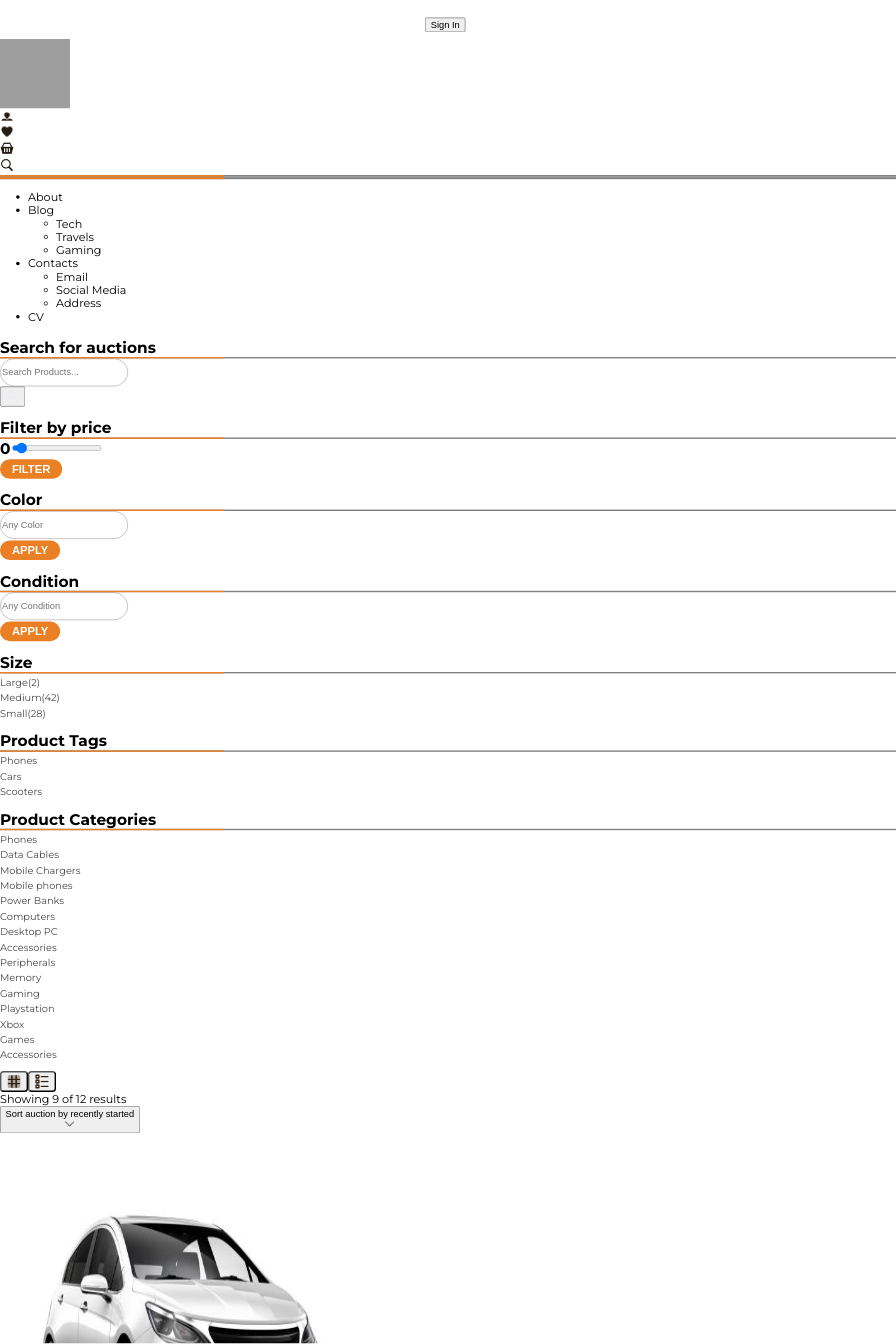
Repository: Arzun000/auction
Page: /shop
The author's editor kept a copy of each file at every save. The page is drawn from the files as they stood at one save, then again after the next save.
The browser window is 1280 px wide. The pictures show the part of the page from y = 1000 to 2920 px (the page is 6404 px tall before and 6186 px after), at 70% of full size.
Pictures or frames that could not be fetched are drawn as grey boxes. The project was rebuilt for these pictures with package versions that can differ from the ones it lists, and the page was loaded fresh each time. The framework's server and built-in components were replaced by stand-ins that run in the browser. Also part of the build but not shown: next.config.js, webpack.config.js, components/Testpage.js, pages/shop/Shop.module.css, components/icons/Iconsverticalbid.js, components/icons/Iconsverticalbuy.js.

Above is the page before, as saved 2022-04-03 18:14:01.

After the next save:
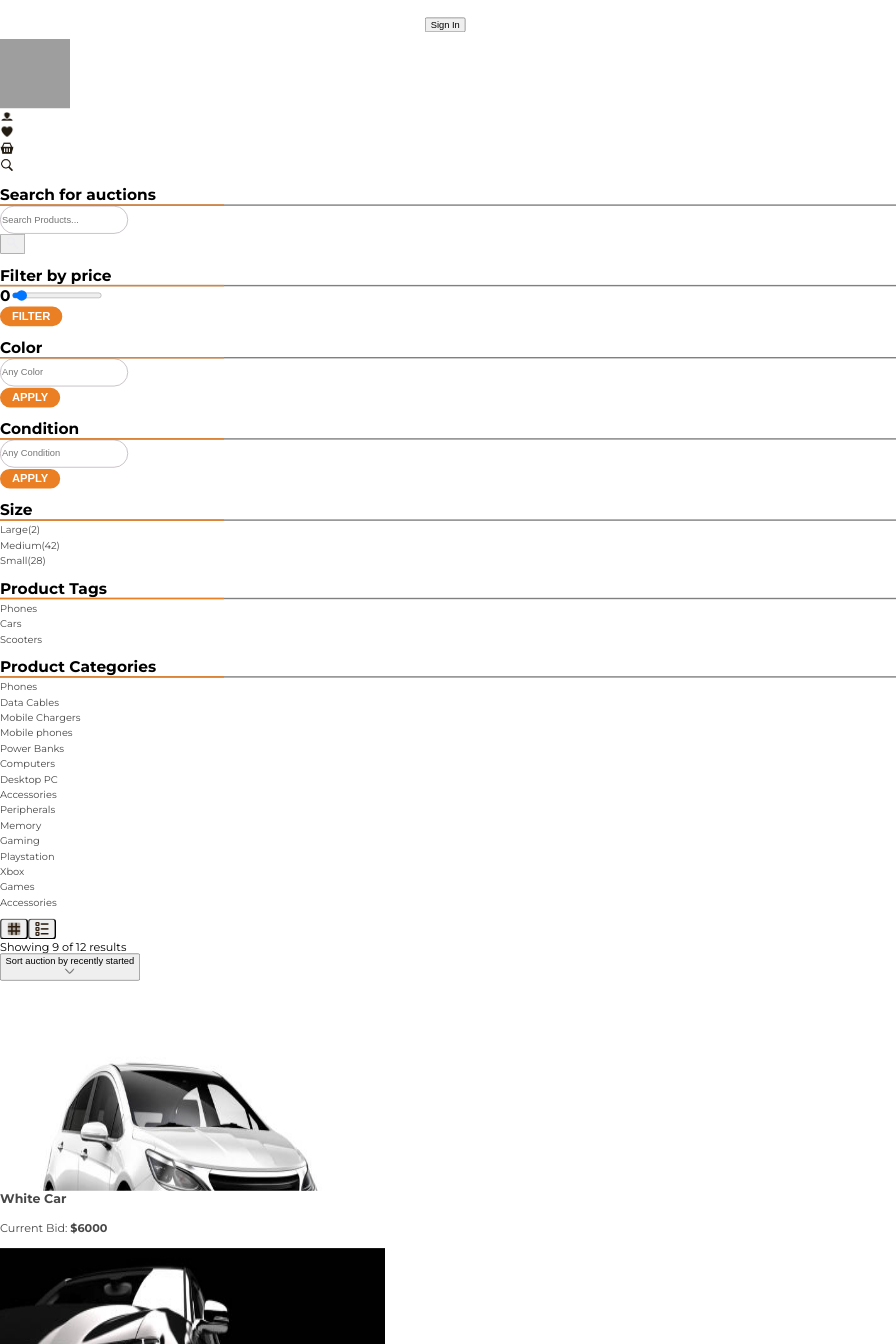
Saved 15 s later.
--- a/components/header/Headerthree.js
+++ b/components/header/Headerthree.js
@@ -399,69 +399,7 @@ export const Headerthree = () => {
             </Link>
           </div>
 
-          <div class="container">
-            <div class="lines-container">
-              <div class="line "></div>
-              <div class="line "></div>
-              <div class="line "></div>
-            </div>
-            <ul class="ham-menu">
-              <li>
-                <a href="#" class="outer">
-                  About
-                </a>
-              </li>
-              <li>
-                <a href="#" class="outer blog">
-                  Blog
-                </a>
-                <ul class="blog-child">
-                  <li>
-                    <a href="#" class="inner">
-                      Tech
-                    </a>
-                  </li>
-                  <li>
-                    <a href="#" class="inner">
-                      Travels
-                    </a>
-                  </li>
-                  <li>
-                    <a href="#" class="inner">
-                      Gaming
-                    </a>
-                  </li>
-                </ul>
-              </li>
-              <li>
-                <a href="#" class="outer contact">
-                  Contacts
-                </a>
-                <ul class="contact-child">
-                  <li>
-                    <a href="#" class="inner">
-                      Email
-                    </a>
-                  </li>
-                  <li>
-                    <a href="#" class="inner">
-                      Social Media
-                    </a>
-                  </li>
-                  <li>
-                    <a href="#" class="inner">
-                      Address
-                    </a>
-                  </li>
-                </ul>
-              </li>
-              <li>
-                <a href="#" class="outer">
-                  CV
-                </a>
-              </li>
-            </ul>
-          </div>
+          {/* Ham menu */}
         </div>
       </div>
     </>
